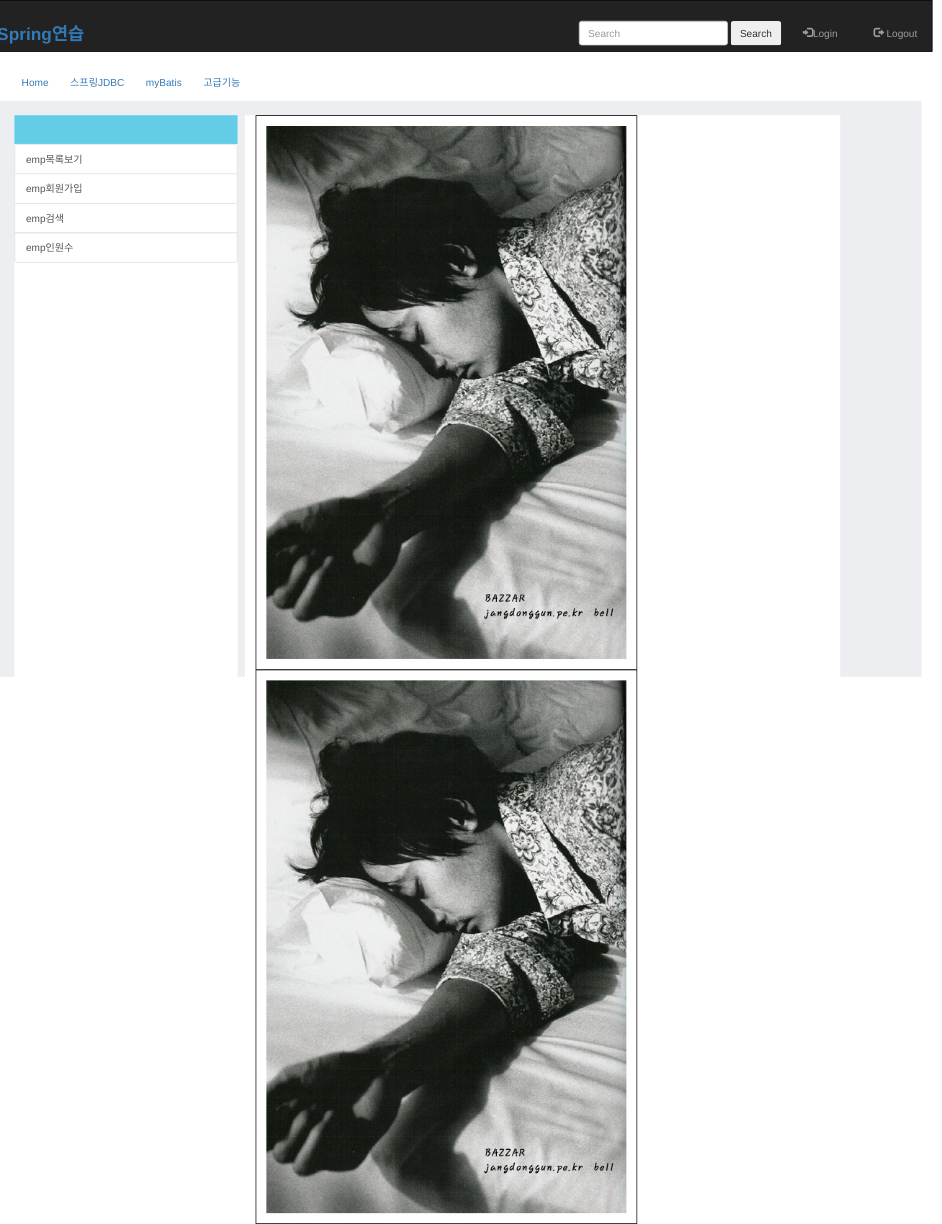
Repository: tawn0414/sts
Page: http://localhost/springmvc/template/mybatisLayout.jsp
These files come from the project's save history. The page is drawn as it stood at one moment and after the next save; the edit follows.
The browser window is 1280 px wide. The page is 1309 px wide, so the pictures cover 1309 px, including what lies to the right of the window. The pictures show the whole page, at 72% of full size.
The page is served by Tomcat 9.

Above is the page before, as saved 2020-01-29 07:12:19.

After the next save:
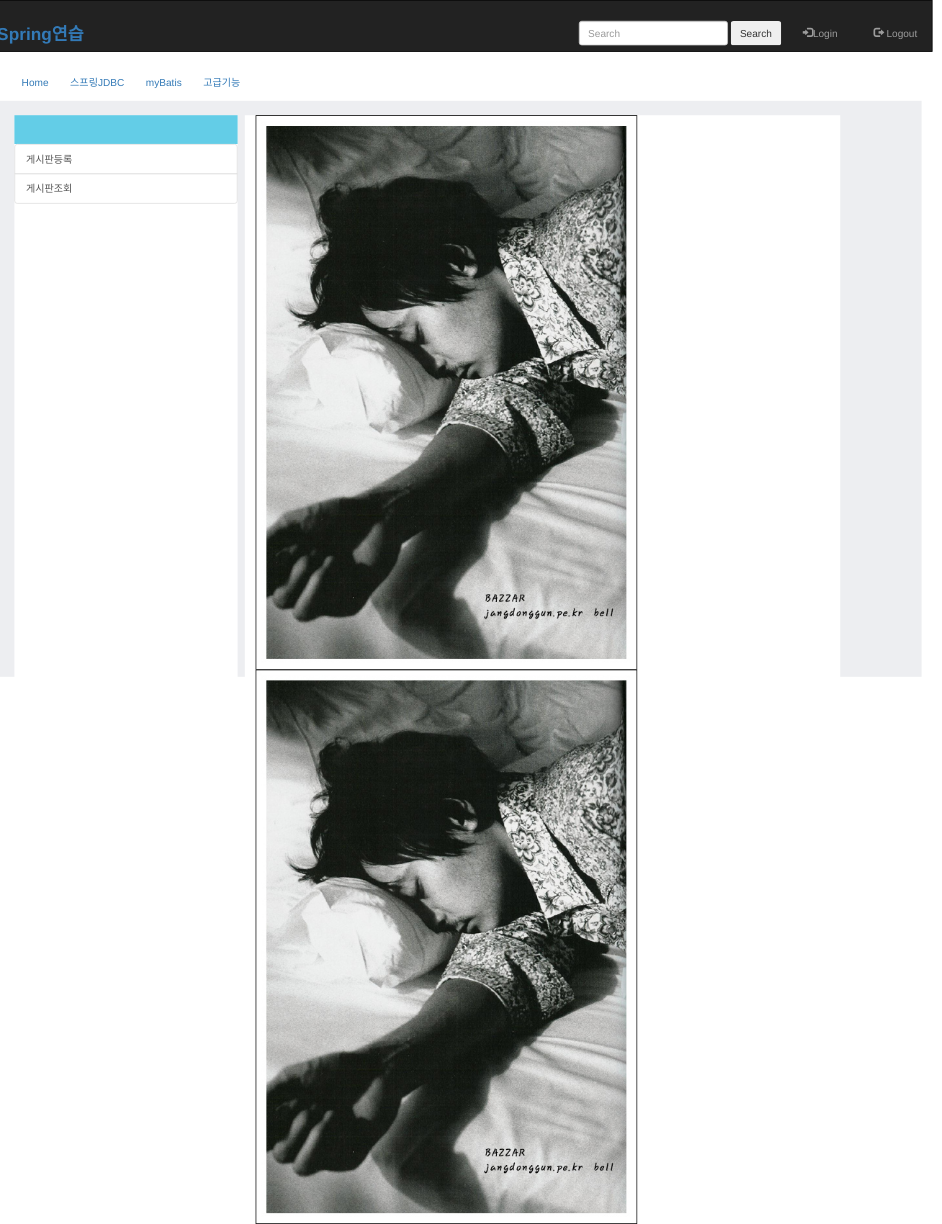
Saved 29 s later.
--- a/springmvc/WebContent/template/mybatisLayout.jsp
+++ b/springmvc/WebContent/template/mybatisLayout.jsp
@@ -42,7 +42,7 @@
 				        <div style="background-color:#63cde7;padding: 20px;
 				        font-family:HY-견고딕;font-size: 16pt;color: white;
 				         font-weight: bolder;"></div>
-						<jsp:include page="../menu/spring_jdbc.jsp"/>
+						<jsp:include page="../menu/mybatis_menu.jsp"/>
       				 </div>
 			 	</div>
 			 	<div class="col-sm-8" style="background-color: white;height: 800px;">
